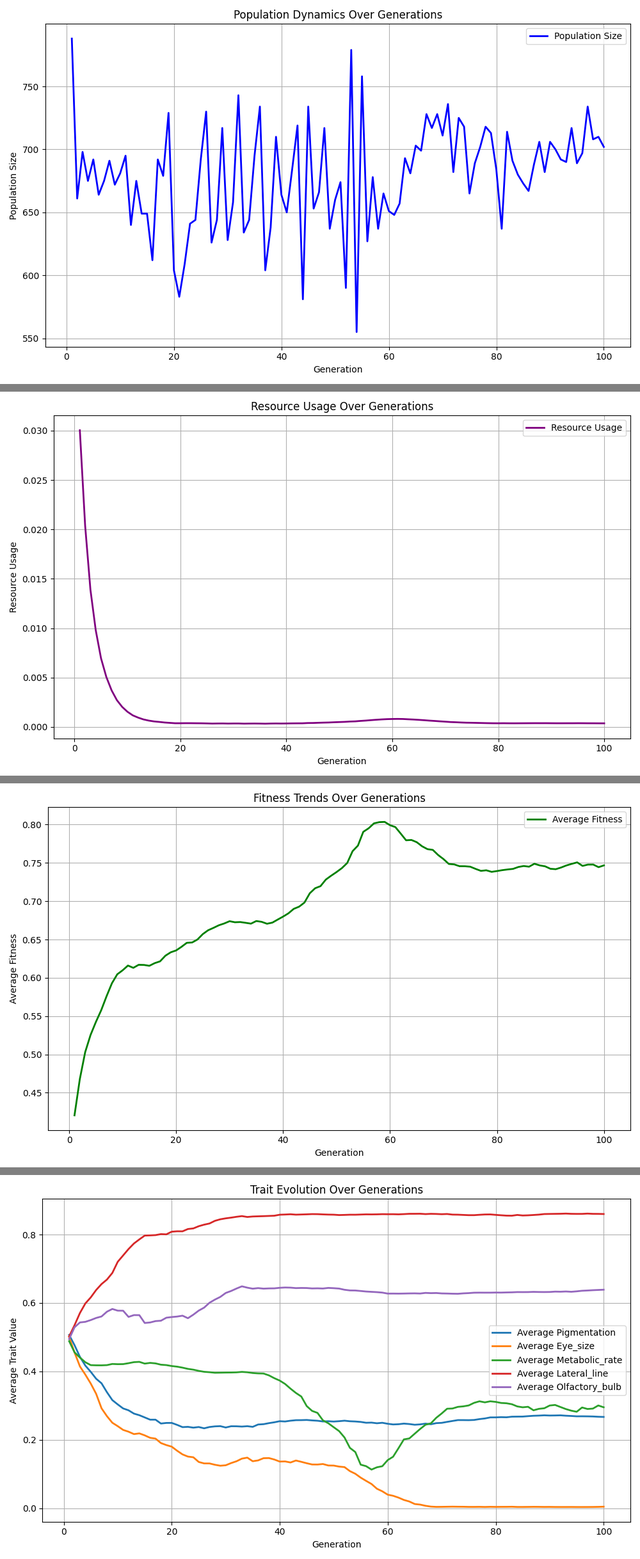
Repository: Christopher-Xu1/CaveEvolutionSimulator
Script's output: python src/simulation.py
These files come from the project's save history. The script's output is drawn as it stood at one moment and after a run of saves; the edit follows.
The pictures are shown at 64% of full size.
Each picture stacks the figures in order, with grey between them; figures that are only written to a file come last. Random numbers start from a fixed seed.

Above is the script's output before, as saved 2024-12-20 17:25:00.

After the next 2 saves:
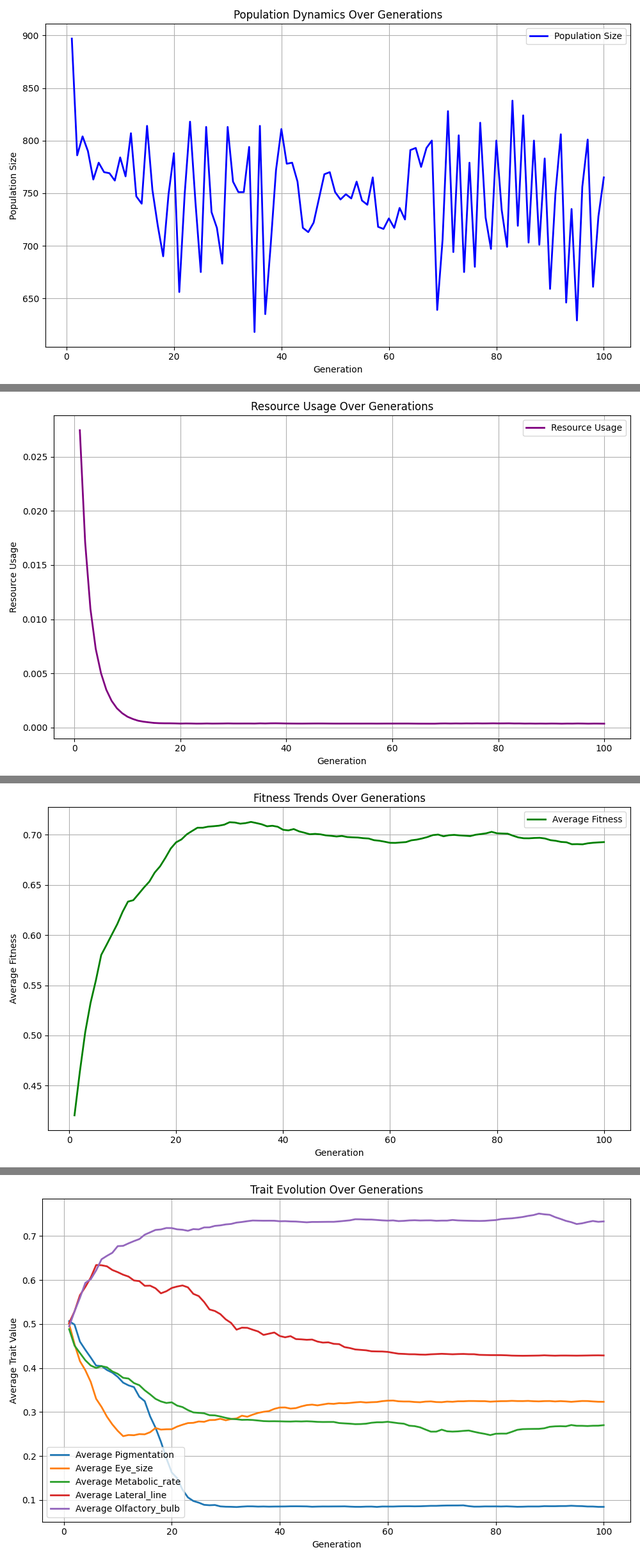
The 2 saves are shown as one change because they came seconds apart.
The last was saved 64 s later.
--- a/src/simulation.py
+++ b/src/simulation.py
@@ -73,7 +73,7 @@
             print(f"    {trait}: {values[-1]:.4f}")
 
         # Calculate surviving probabilities using probabilistic selection based on fitness
-        surviving_population = [org for org in population if random.uniform(0, fitness_threshold) < org.fitness]
+        surviving_population = [org for org in population if random.random() < org.fitness]
 
         if not surviving_population:
             print(f"Generation {generation}: Population extinct!")

After the save that followed:
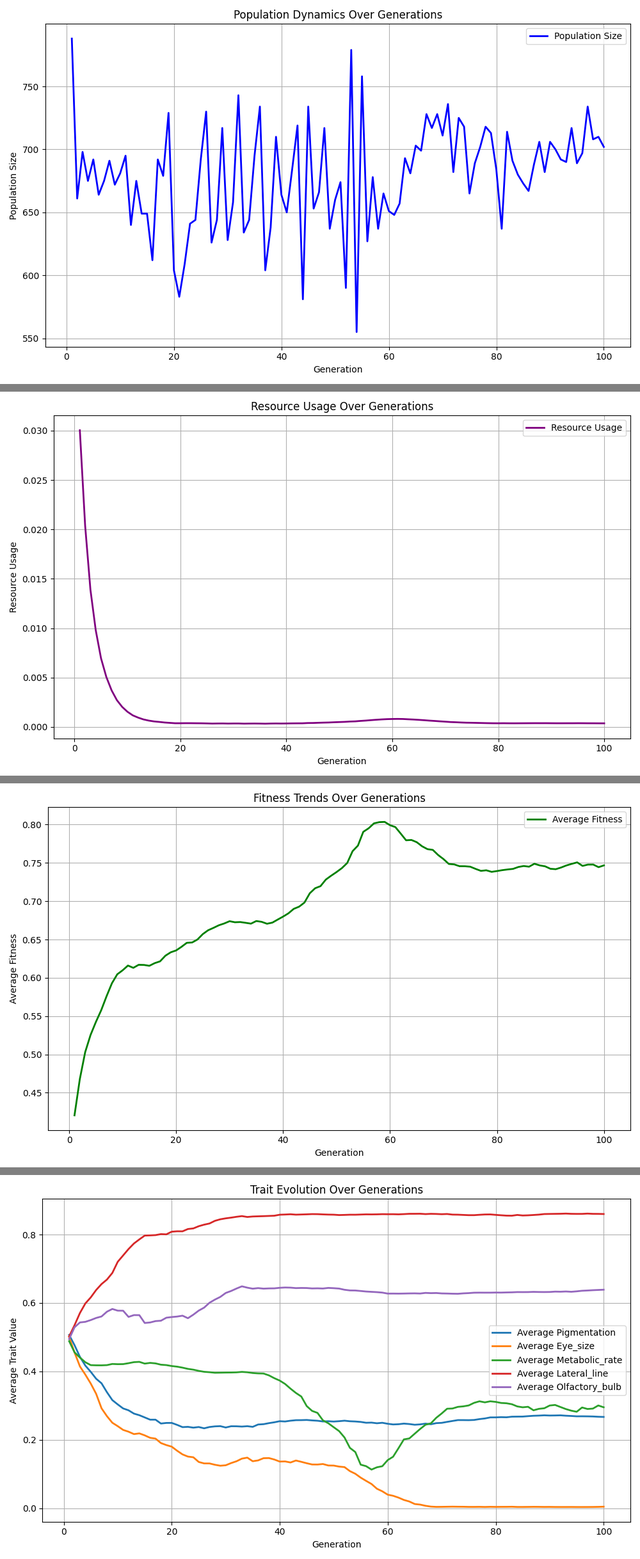
Saved 28 s later.
--- a/src/simulation.py
+++ b/src/simulation.py
@@ -73,7 +73,7 @@
             print(f"    {trait}: {values[-1]:.4f}")
 
         # Calculate surviving probabilities using probabilistic selection based on fitness
-        surviving_population = [org for org in population if random.random() < org.fitness]
+        surviving_population = [org for org in population if random.uniform(0, fitness_threshold) < org.fitness]
 
         if not surviving_population:
             print(f"Generation {generation}: Population extinct!")
